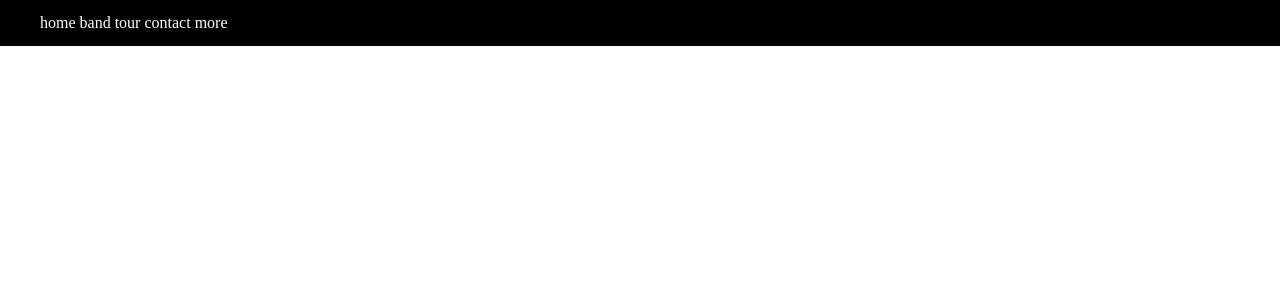
Repository: tatvanhco/web-dau-tay
Page: index.html
The author's editor kept a copy of each file at every save. The page is drawn from the files as they stood at one save, then again after the next save.
The browser window is 1280 px wide. The pictures show the whole page.

Above is the page before, as saved 2022-01-23 15:50:35.

After the next save:
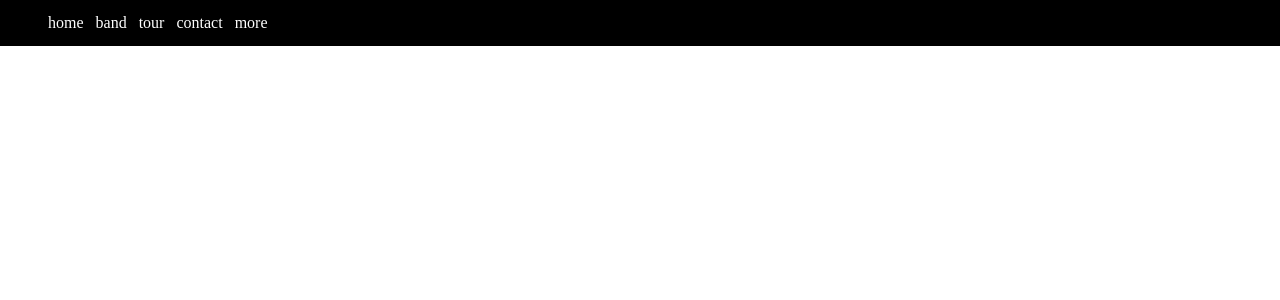
Saved 19 s later.
--- a/assets/css/main.css
+++ b/assets/css/main.css
@@ -24,4 +24,5 @@ html, body {
     color: #fff;
     text-decoration: none;
     line-height: 46px;
+    padding-left: 8px;
 }
